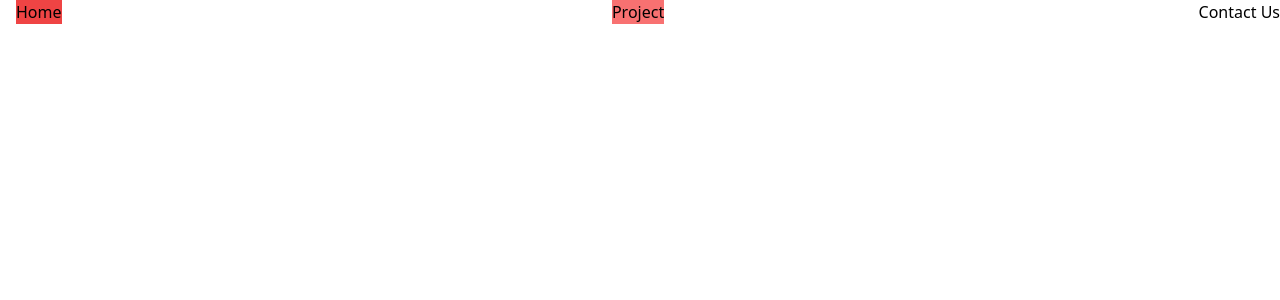
Repository: ashut6138/RozarpayClone
Page: Desktop/RozarpayClone/index.html
The author's editor kept a copy of each file at every save. The page is drawn from the files as they stood at one save, then again after the next save.
The browser window is 1280 px wide. The pictures show the whole page.
Some web libraries are served in a nearby version.

Above is the page before, as saved 2025-01-21 23:06:39.

After the next save:
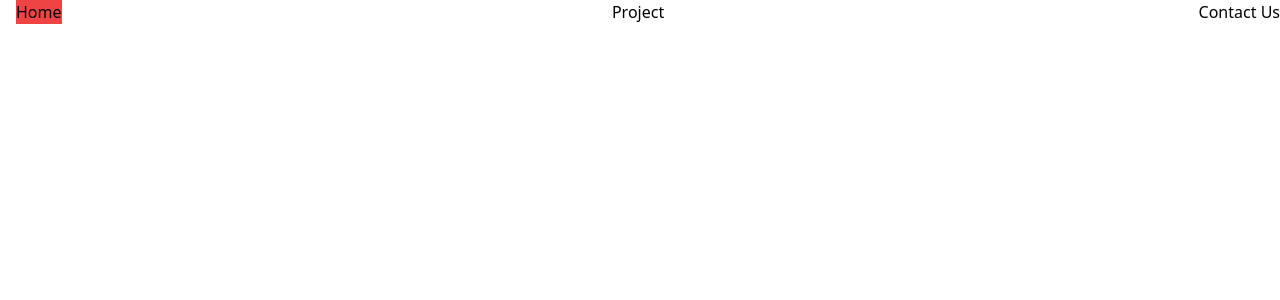
Saved 10 s later.
--- a/Desktop/RozarpayClone/index.html
+++ b/Desktop/RozarpayClone/index.html
@@ -11,7 +11,7 @@
     <nav>
         <ul class="flex justify-between">
             <li class="mx-4 bg-red-500">Home</li>
-            <li class="mx-4 bg-red-400">Project</li>
+            <li class="mx-4 bg-">Project</li>
             <li>Contact Us</li>
         </ul>
     </nav>
